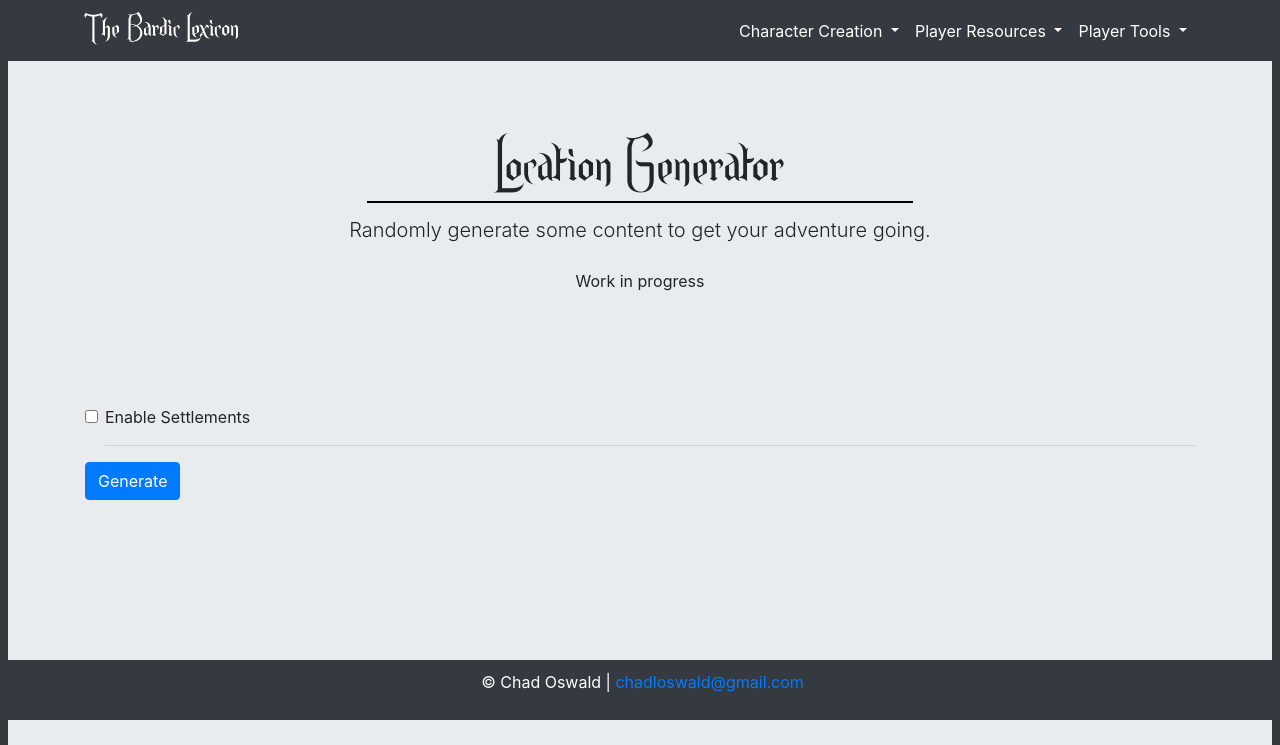
Repository: ChaidGPT/TheBardicLexicon
Page: playerTools/worldGenerator.html
An editor plug-in stored every save of this project. The page is shown before and after the next save, followed by the edit.
The browser window is 1280 px wide. The pictures show the whole page.

Above is the page before, as saved 2024-02-09 11:55:37.

After the next save:
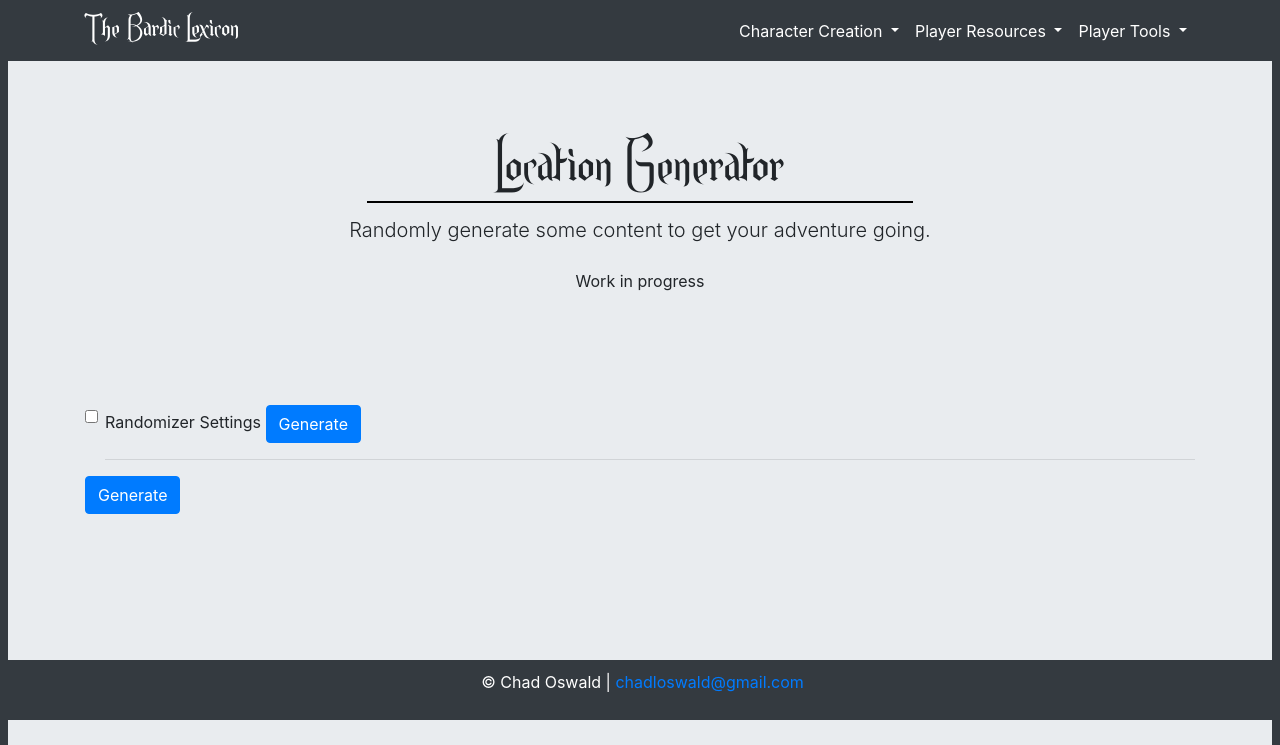
Saved 116 s later.
--- a/playerTools/worldGenerator.html
+++ b/playerTools/worldGenerator.html
@@ -100,7 +100,8 @@
           <div class="form-check">
             <input class="form-check-input" type="checkbox" id="enableSettlements" data-toggle="collapse"
               data-target="#settlementOptions" />
-            <label class="form-check-label" for="enableSettlements">Enable Settlements</label>
+            <label class="form-check-label" for="enableSettlements">Randomizer Settings</label>
+            <button type="submit" class="btn btn-primary">Generate</button>
             <hr>
           </div>
 
@@ -115,7 +116,6 @@
                 <label for="settlements">Number of Settlements:</label>
                 <select class="form-control" id="settlements"
                   title="How many different settlements should be generated?" disabled>
-                  <option value="">Select and option</option>
                   <option value="random">Random</option>
                   <option value="1">1</option>
                   <option value="2">2</option>
@@ -135,7 +135,6 @@
                 <label for="settlementPOI">Number of Settlement Points of Interest:</label>
                 <select class="form-control" id="settlementPOI"
                   title="How many Points of Interest will exist in each settlement?" disabled>
-                  <option value="">Select and option</option>
                   <option value="random">Random</option>
                   <option value="0">0</option>
                   <option value="1">1</option>
@@ -150,7 +149,6 @@
                 <label for="races">Diversity of Inhabitants:</label>
                 <select class="form-control" id="races"
                   title="How many different races of beings will live in your settlements?" disabled>
-                  <option value="">Select and option</option>
                   <option value="random">Random</option>
                   <option value="1">1</option>
                   <option value="2">2</option>
